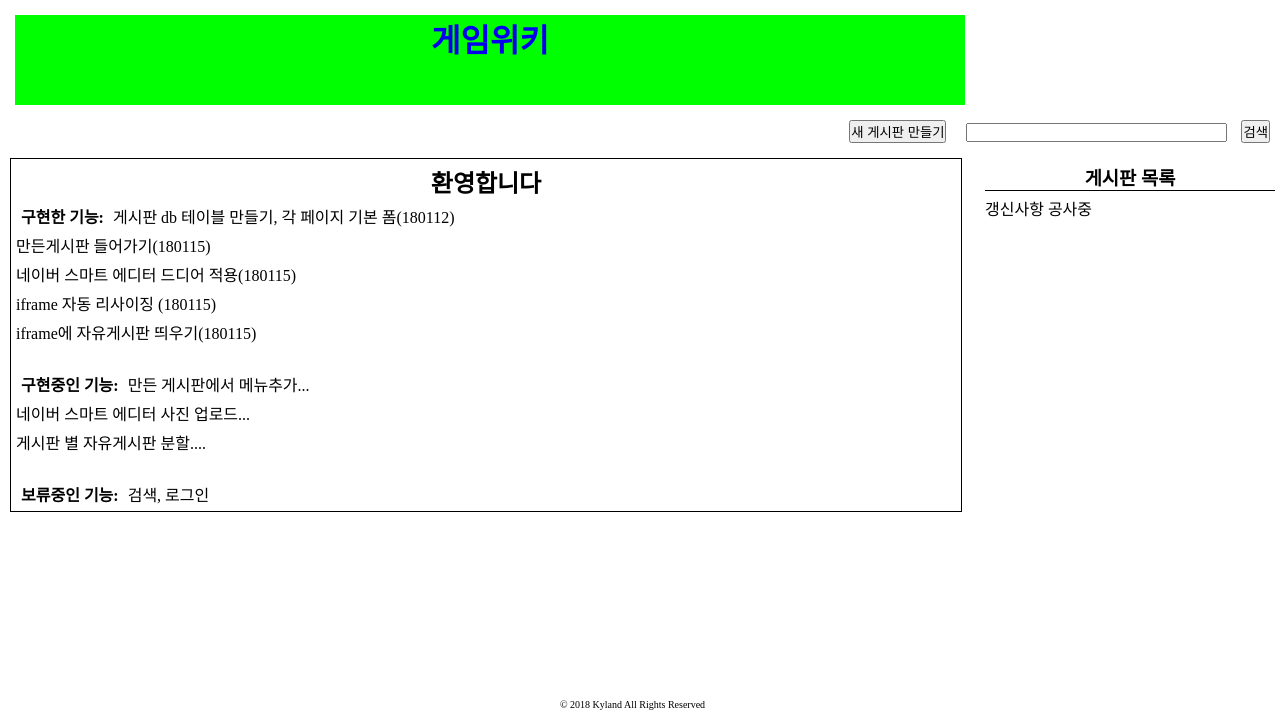
Repository: sithslord/GameWiki
Page: http://localhost/JSPBoard/MainPage/Main.jsp
The author's editor kept a copy of each file at every save. The page is drawn from the files as they stood at one save, then again after the next save.
The browser window is 1280 px wide. The page is 1285 px wide, so the pictures cover 1285 px, including what lies to the right of the window. The pictures show the whole page.
The page is served by Tomcat 9.

Above is the page before, as saved 2018-01-17 04:51:09.

After the next save:
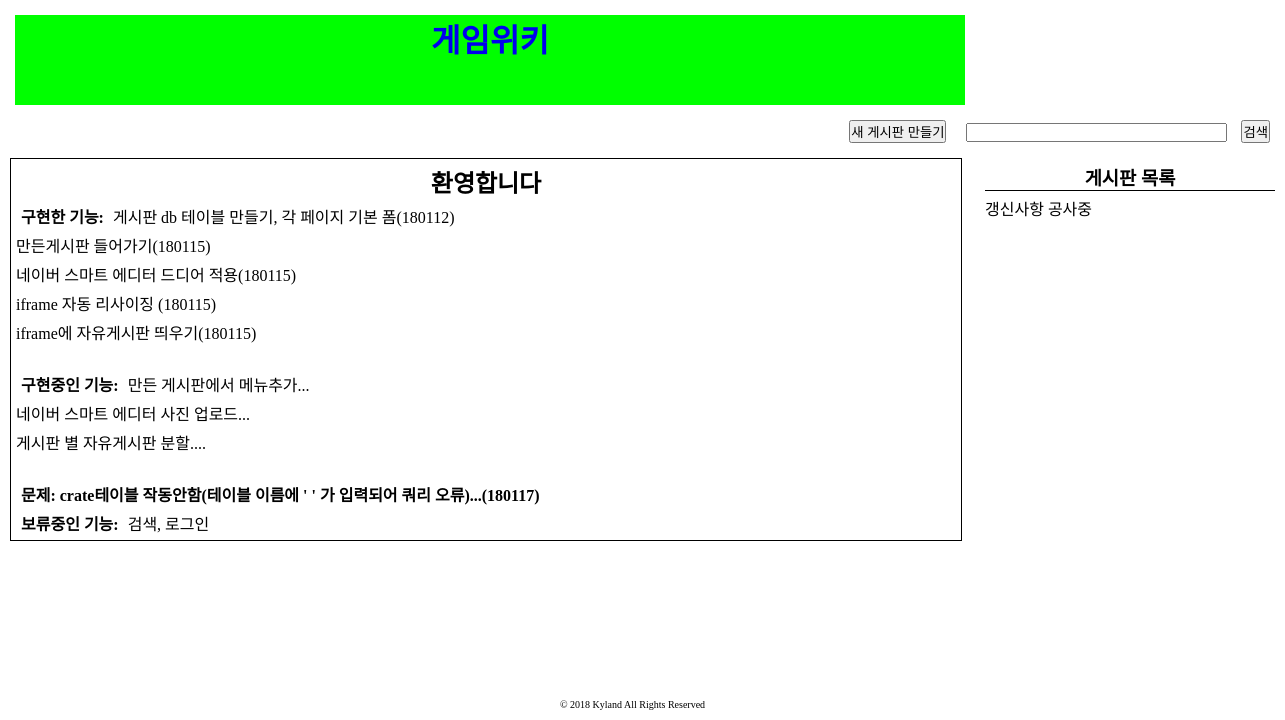
Saved 91 min 12 s later.
--- a/ReWork/JSPBoard/WebContent/MainPage/Main.jsp
+++ b/ReWork/JSPBoard/WebContent/MainPage/Main.jsp
@@ -104,6 +104,8 @@ body{
 		<p>네이버 스마트 에디터 사진 업로드...</p>
 		<p>게시판 별 자유게시판 분할....</p>
 		</br>
+
+		<p><strong>문제: crate테이블 작동안함(테이블 이름에 ' ' 가 입력되어 쿼리 오류)...(180117)</strong>
 		<p><strong>보류중인 기능:</strong> 검색, 로그인</p>
 
 
